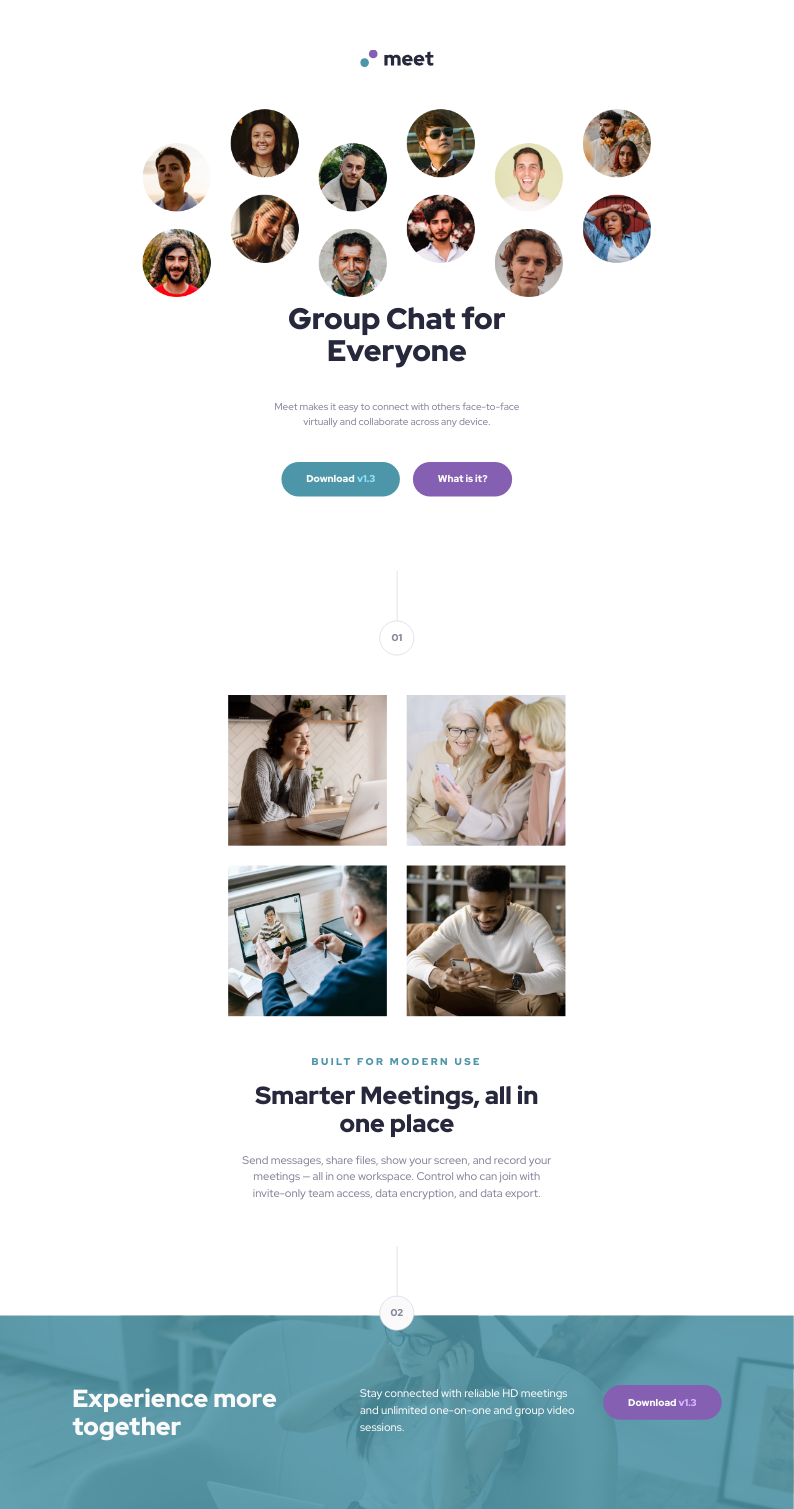
Repository: brandontaylor1/meet-landing-page
Page: index.html
The author's editor kept a copy of each file at every save. The page is drawn from the files as they stood at one save, then again after the next save.
The browser window is 1280 px wide. The pictures show the whole page, at 62% of full size.
The pointer rests on the first visible `#downloadBtn`.

Above is the page before, as saved 2025-01-13 20:26:54.

### index.html
<!DOCTYPE html>
<html lang="en">
<head>
    <meta charset="UTF-8">
    <meta name="viewport" content="width=device-width, initial-scale=1.0">
    <link rel="preconnect" href="https://fonts.googleapis.com">
    <link rel="preconnect" href="https://fonts.gstatic.com" crossorigin>
    <link href="https://fonts.googleapis.com/css2?family=Red+Hat+Display:ital,wght@0,300..900;1,300..900&display=swap" rel="stylesheet">
    <link rel="stylesheet" href="styles.css">
    <title>Meet Landing Page</title>
</head>
<body>
    <nav class="navbar">
        <div class="logo-container">
            <img src="./assets/images/logo.svg" alt="meet logo">
        </div>
    </nav>
    <section class="hero-section">
        <img src="" class="responsive-image" alt="responsive-image">
        <img src="./assets/images/image-hero-left.png" class="hero-images"  id="left-faces" alt="Left Faces">
        <div class="hero-content">
            <h1>Group Chat for Everyone</h1>
            <p>Meet makes it easy to connect with others face-to-face virtually and collaborate across any device.</p>
            <div class="btn-container">
                <button class="hero-btn" id="downloadBtn">Download<span>v1.3</span></button>
                <button class="hero-btn" id="whatisitBtn">What is it?</button>
            </div>
        </div>
        <img src="./assets/images/image-hero-right.png" class="hero-images" id="right-faces" alt="Right Faces">
    </section>

    <section class="main-content">
        <div class="content">
            <div class="design-container">
                <div class="gray-line"></div>
                <div class="gray-circle">01</div>
            </div>
            <div class="image-container">
                <img src="./assets/images/image-woman-in-videocall.jpg" alt="woman on video call">
                <img src="./assets/images/image-women-videochatting.jpg" alt="women vidoechatting">
                <img src="./assets/images/image-men-in-meeting.jpg" alt="men in a meeting">
                <img src="./assets/images/image-man-texting.jpg" alt="man texting">
            </div>
            <div class="text-container">
                <h3>Built for Modern Use</h3>
                <h2>Smarter Meetings, all in one place</h2>
                <p>Send messages, share files, show your screen, and record your meetings — all in one workspace. Control who can join with invite-only team access, data encryption, and data export.</p>
            </div>
        </div>
    </section>
    <div class="design-container">
        <div class="gray-line"></div>
        <div class="gray-circle white">02</div>
    </div>
    <section class="footer">
        <div class="footer-grid">
            <h2>Experience more together</h2>
            <p>Stay connected with reliable HD meetings and unlimited one-on-one and group video sessions.</p>
            <button class="hero-btn" id="whatisitBtn">Download <span class="footer-span">v1.3</span></button>
        </div>
    </section>

</body>
</html>

### styles.css
* {
    margin: 0;
    padding: 0;
    box-sizing: border-box
}

:root {
    --color-white: #FAFAFA;
    --color-slate: #87879D;
    --color-lightslate: #D1D1DF;
    --color-darkslate: #28283D;
    --color-cyan: #4D96A9;
    --color-purple: #855FB1;
    --color-lightcyan: #8FE3F9;
    --color-lightpurple: #D9B8FF;

    font-size: 16px;

}

body {
    display: flex;
    flex-direction: column;
    align-items: center;
    justify-content: center;
}

.white {
    background-color: var(--color-white);
}

.navbar {
    display: flex;
    padding: 5rem 5rem 0 5rem;
    flex-direction: column;
    justify-content: flex-end;
    align-items: center;
    gap: var(--spacing-100, .5rem);
    align-self: stretch;

}

.hero-section {
    display: flex;
    justify-content: space-between;
    align-items: center;
    padding: 4rem 5rem;
    height: auto;
    width: 100%;
}

.left-faces {
    padding-right: 95px;
    padding-bottom: 57px;
}

.right-faces {
    padding-left: 95px;
    padding-top: 57px;
}

.responsive-image {
    display: none;
}

.hero-section {
    width: 100%;
}

.hero-content {
    display: flex;
    flex-direction: column;
    align-items: center;
    justify-content: space-between;
    width: 448px;
    height: 314px;

}

.hero-content h1 {
    font-family: "Red Hat Display", sans-serif;
    font-size: 4rem;
    font-weight: 900;
    line-height: 110%;
    color: var(--color-darkslate);
    text-align: center;
}

.hero-content p {
    font-family: "Red Hat Display", sans-serif;
    font-size: 18px;
    font-weight: 500;
    line-height: 150%;
    color: var(--color-slate);
    text-align: center;

}

.hero-btn {
    padding: 16px 40px;
    border-radius: 29px;
    border: none;
    cursor: pointer;

}

#downloadBtn {
    background-color: var(--color-cyan);
    color: var(--color-white);
    font-size: 16px;
    font-family: "Red Hat Display", sans-serif;
    font-weight: 900;
    line-height: 150%;
    margin-right: 8.5px;
}

#downloadBtn span {
    margin-left: 4px;
    color: var(--color-lightcyan);
}

#downloadBtn:hover {
    background-color: var(--color-cyan);
    color: var(--color-white);
}

#whatisitBtn {
    background-color: var(--color-purple);
    color: var(--color-white);
    font-size: 16px;
    font-family: "Red Hat Display", sans-serif;
    font-weight: 900;
    line-height: 150%;
    margin-left: 8.5px;
}

#whatisitBtn:hover {
    background-color: var(--color-lightpurple);
    color: var(--color-white);
}

.main-content {
    display: flex;
    flex-direction: column;
    align-items: center;
    justify-content: center;
    height: 883px;
    padding: 56px 80px 72px 80px;
}

.content {
    display: flex;
    flex-direction: column;
    align-items: center;
    justify-content: space-between;
    height: 755px;
}

.design-container {
    display: flex;
    justify-content: center;
    align-items: center;
    flex-direction: column;

}

.gray-line {
    width: 1px;
    height: 80px;
    background-color:  var(--color-lightslate);
    z-index: 5;
}

.gray-circle {
    width: 56px;
    height: 56px;
    display: flex;
    align-items: center;
    justify-content: center;
    border-radius: 50%;
    border: 1px solid var(--color-lightslate);
    color: var(--color-slate);
    font-size: 16px;
    font-family: "Red Hat Display", sans-serif;
    font-weight: 900;
    line-height: 150%;
    z-index: 5;
}

.image-container {
    display: grid;
    grid-template-columns: repeat(4, 1fr);
    grid-template-rows: 1fr;
    gap: 32px;
}

.image-container img {
    width: 256px;
    height: auto;
}

.text-container {
    width: 500px;
    height: 235px;
    display: flex;
    flex-direction: column;
    align-items: center;
    justify-content: space-between;
}

.text-container h3 {
    font-family: "Red Hat Display", sans-serif;
    font-size: 16px;
    font-weight: 900;
    line-height: 110%;
    text-transform: uppercase;
    letter-spacing: 4px;
    color: var(--color-cyan);
}

.text-container h2 {
    font-family: "Red Hat Display", sans-serif;
    font-size: 40px;
    font-style: normal;
    font-weight: 900;
    line-height: 110%;
    text-align: center;
    color: var(--color-darkslate);
}

.text-container p {
    font-family: "Red Hat Display", sans-serif;
    font-size: 18px;
    font-style: normal;
    font-weight: 500;
    line-height: 150%;
    text-align: center;
    color: var(--color-slate)
}


.footer {
    padding: 7rem 5rem;
    width: 100%;
    display: flex;
    align-items: center;
    justify-content: center;
    background-image: url("./assets/images/image-footer.jpg");
    background-size: cover;
    background-position: center;
    background-repeat: no-repeat;
    margin-top: -1.5rem;
    position: relative;
    z-index: 0;
}

.footer-grid {
    display: flex;
    align-items: flex-start;
    justify-content: center;
    grid-template-columns: repeat(3, 1fr);
    width: 70rem;
    gap: 32px;
    z-index: 2;

}

.footer-grid h2 {
    font-family: "Red Hat Display", sans-serif;
    font-size: 2.5rem;
    font-weight: 900;
    line-height: 110%;
    color: var(--color-white);
    width: 27rem;
}

.footer-grid p {
    font-family: "Red Hat Display", sans-serif;
    font-size: 1.125rem;
    font-weight: 500;
    line-height: 150%;
    color: var(--color-white);
    width: 22rem;
}

.footer::before {
    content: "";
    position: absolute;
    top: 0;
    left: 0;
    width: 100%;
    height: 100%;
    background-color: hsla(192, 37%, 48%, 0.85); /* Adjust the color and opacity as needed */
    z-index: 1;
}

.footer-span {
    color: var(--color-lightpurple)
}


@media screen and (min-width: 795px) and (max-width: 1354px) {
    .hero-section {
        display: flex;
        padding: var(--spacing-800, 64px) var(--spacing-400, 32px);
        flex-direction: column;
        align-items: center;
        gap: var(--spacing-100, 8px);
        align-self: stretch;
    }

    .hero-content {
        display: flex;
        flex-direction: column;
        align-items: center;
        gap: var(--spacing-300, 24px);
    }

    .hero-content h1 {
        font-size: 3rem;
    }

    .hero-content p {
        font-size: 16px;
    }

    .hero-images {
        display: none;
    }

    .responsive-image {
        display: block;
        content: url("./assets/images/tablet/image-hero.png");
    }

    .main-content {
        width: 100%;
        height: auto;
        /* padding: 56px 40px 72px 40px; */
    }

    .content {
        height: auto;
        display: flex;
        flex-direction: column;
        align-items: center;
        justify-content: space-between;
    }

    .image-container {
        grid-template-columns: repeat(2, 1fr);
        grid-template-rows: repeat(2, 1fr);
        padding: 4rem 0;
    }
}

@media screen and (max-width: 806px) {
    .hero-images {
        display: none;

    }

    .hero-section {
        display: flex;
        padding: var(--spacing-800, 64px) var(--spacing-400, 32px) var(--spacing-400, 32px) var(--spacing-400, 32px);
        flex-direction: column;
        align-items: center;
        gap: var(--spacing-100, 8px);
        align-self: stretch;
    }

    .hero-content {
        display: flex;
        flex-direction: column;
        align-items: center;
        gap: var(--spacing-300, 24px);
        align-self: stretch;
        width: 100%;
        margin-top: 32px;
    }

    .hero content h1 {
        font-size: 2rem;
    }

    .main-content {
        width: 100%;
        height: auto;
        /* padding: 56px 40px 72px 40px; */
    }

    .content {
        height: auto;
        display: flex;
        flex-direction: column;
        align-items: center;
        justify-content: space-between;
    }

    .image-container {
        grid-template-columns: repeat(2, 1fr);
        grid-template-rows: repeat(2, 1fr);
        padding: 4rem 0;
    }

    .responsive-image {
        display: block;
        content: url('./assets/images/tablet/image-hero.png');
        width: 100%;
    }

    .footer {
        padding: 2rem;
        width: 100%;
    }

    .footer-grid {
        display: flex;
        align-items: center;
        flex-direction: column;
        justify-content: center;
        width: 100%;
        gap: 16px;
        text-align: center;;
    }
}

@media screen and (max-width: 480px) {
    .hero-section {
        display: flex;
        padding: var(--spacing-800, 64px) var(--spacing-400, 32px) var(--spacing-400, 32px) var(--spacing-400, 32px);
        flex-direction: column;
        align-items: center;
        gap: var(--spacing-100, 8px);
        align-self: stretch;
    }

    .hero-content {
        display: flex;
        flex-direction: column;
        align-items: center;
        gap: var(--spacing-300, 24px);
        align-self: stretch;
        width: 100%;
    }

    .hero content h1 {
        font-size: 2rem;
    }

    .main-content {
        width: 100%;
        height: auto;
        /* padding: 56px 40px 72px 40px; */
    }

    .content {
        height: auto;
        display: flex;
        flex-direction: column;
        align-items: center;
        justify-content: space-between;
    }

    .responsive-image {
        display: block;
        content: url('./assets/images/mobile/image-hero.png');
        width: 100%;

    }

    .image-container {
        grid-template-columns: repeat(1, 1fr);
        grid-template-rows: repeat(4, auto);
    }

    .btn-container {
        display: flex;
        flex-direction: column;
        align-items: center;
        justify-content: center;
        gap: var(--spacing-100, 8px);
    }


}

After the next save:
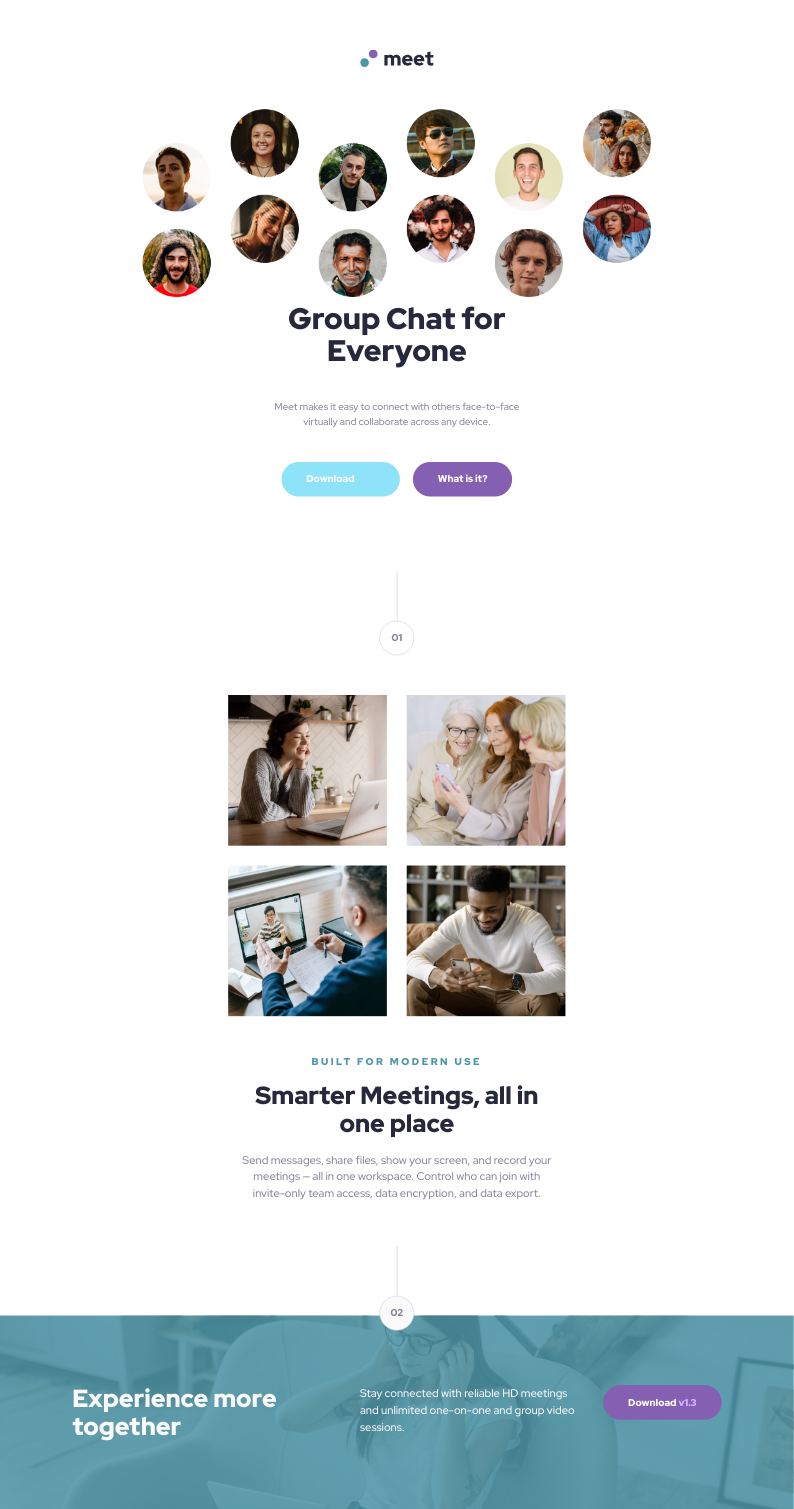
Saved 93 s later.
--- a/styles.css
+++ b/styles.css
@@ -120,7 +120,7 @@ body {
 }
 
 #downloadBtn:hover {
-    background-color: var(--color-cyan);
+    background-color: var(--color-lightcyan);
     color: var(--color-white);
 }
 
